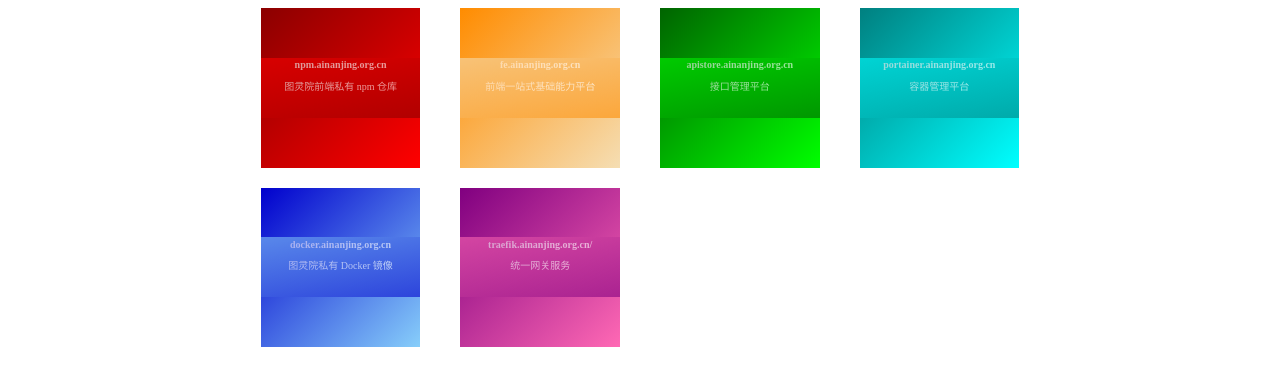
Repository: heweiwei1/portainer
Page: index.html
An editor plug-in stored every save of this project. The page is shown before and after the next save, followed by the edit.
The browser window is 1280 px wide. The pictures show the whole page.

Above is the page before, as saved 2021-04-13 18:18:41.

After the next save:
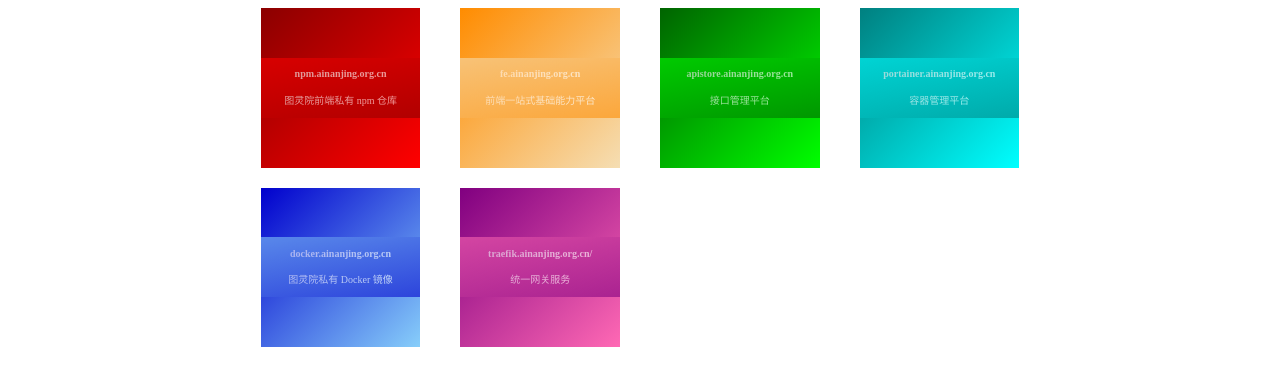
Saved 50 s later.
--- a/index.css
+++ b/index.css
@@ -33,12 +33,12 @@ a {
 }
 .trans p{
   position: absolute;
-  top: 10px;
+  top: 24px;
   color: #fff;
 }
 .trans h4{
   position: absolute;
-  top: -12px;
+  top: -3px;
   color: #fff;
 }
 .demo-1 {
